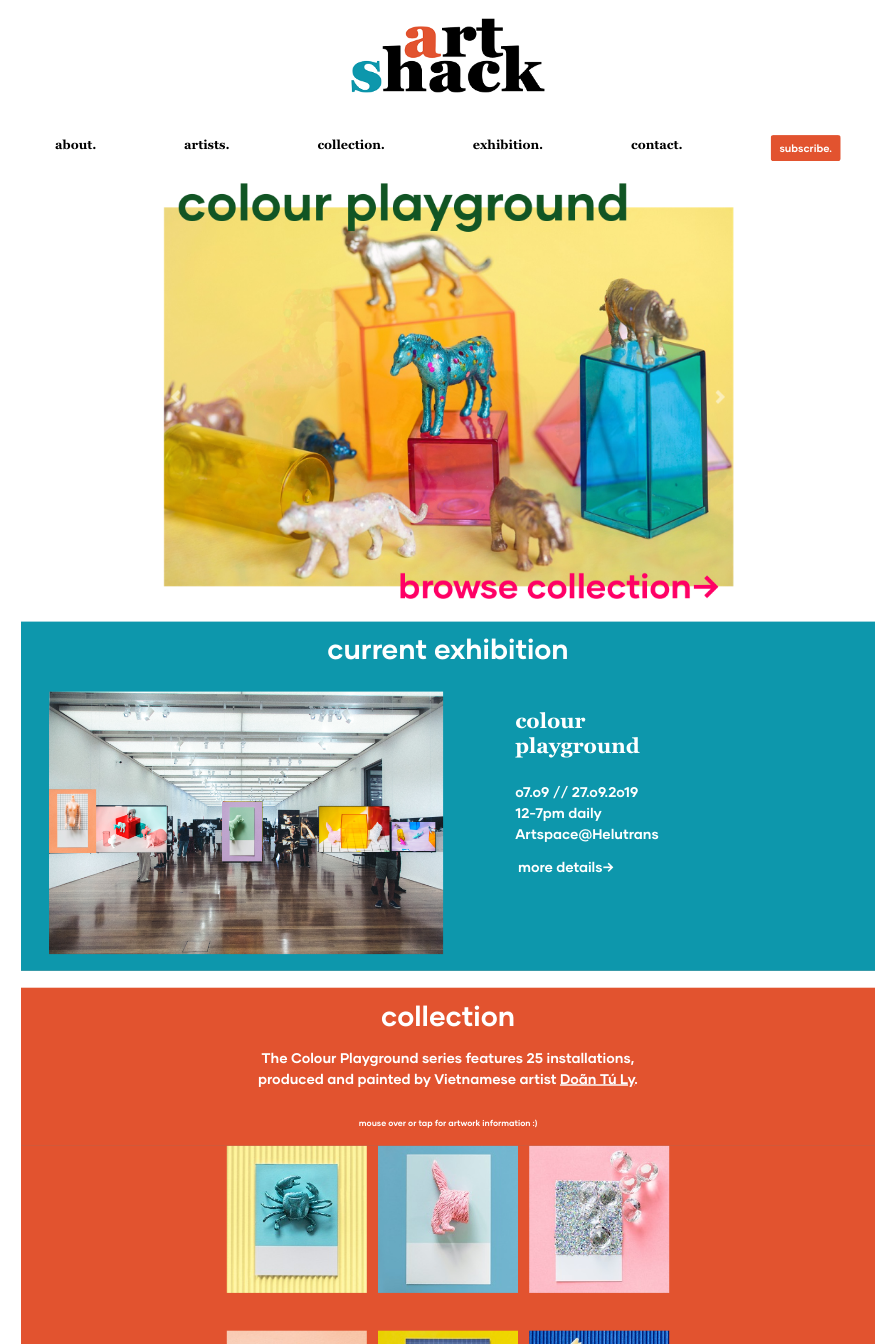
Repository: lynette-lyf/artshack
Page: index.html
The author's editor kept a record of every edit. The page is drawn from the files as they stood at one moment, then again after the next edit.
The browser window is 1280 px wide. The pictures show the part of the page from y = 0 to 1920 px (the page is 2742 px tall before and 2753 px after), at 70% of full size.

Above is the page before.

After the next edit:
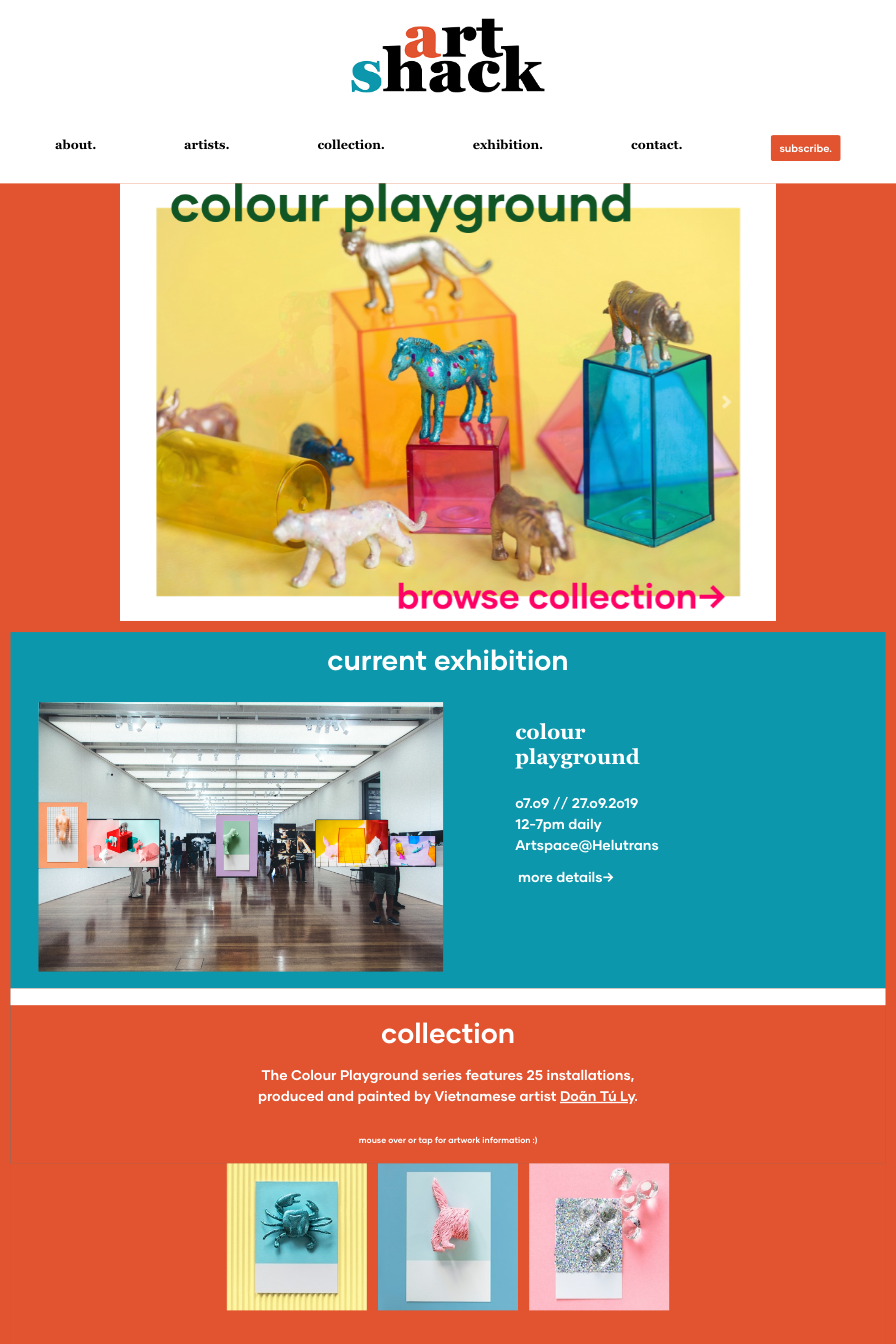
The edit:
--- a/index.html
+++ b/index.html
@@ -359,7 +359,7 @@
 
 <body>
 
-  <div class="container-fluid ">
+  <div class="container-fluid-imagegallery ">
     <div class="col ">
       <div class="row-md " id="image-gallery ">
 <!--Carousel credits to https://getbootstrap.com/docs/4.3/components/carousel/-->
